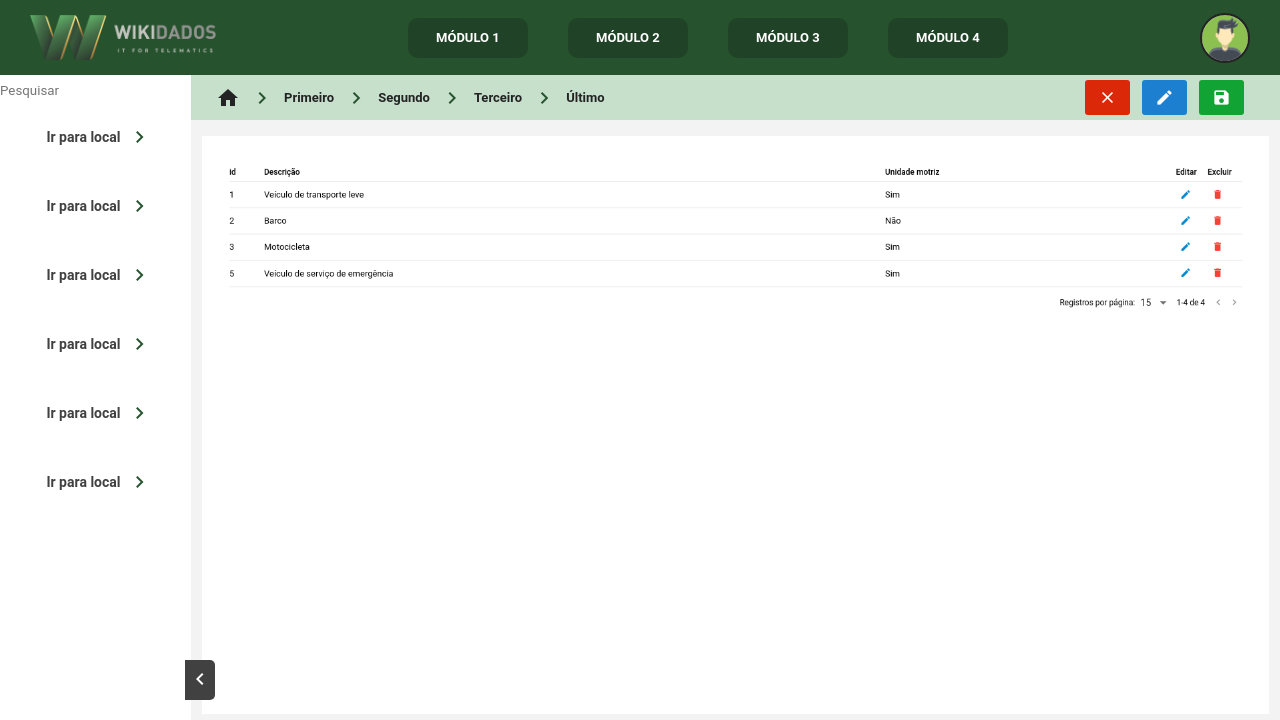
Repository: AlexDjon/alexdjon.github.io
Page: wiki-relayout/index.html
An editor plug-in stored every save of this project. The page is shown before and after the next save, followed by the edit.
The browser window is 1280 px wide. The pictures show the whole page.
Some web fonts or font styles are not loaded; a fallback is used.

Above is the page before, as saved 2020-08-12 17:22:10.

After the next save:
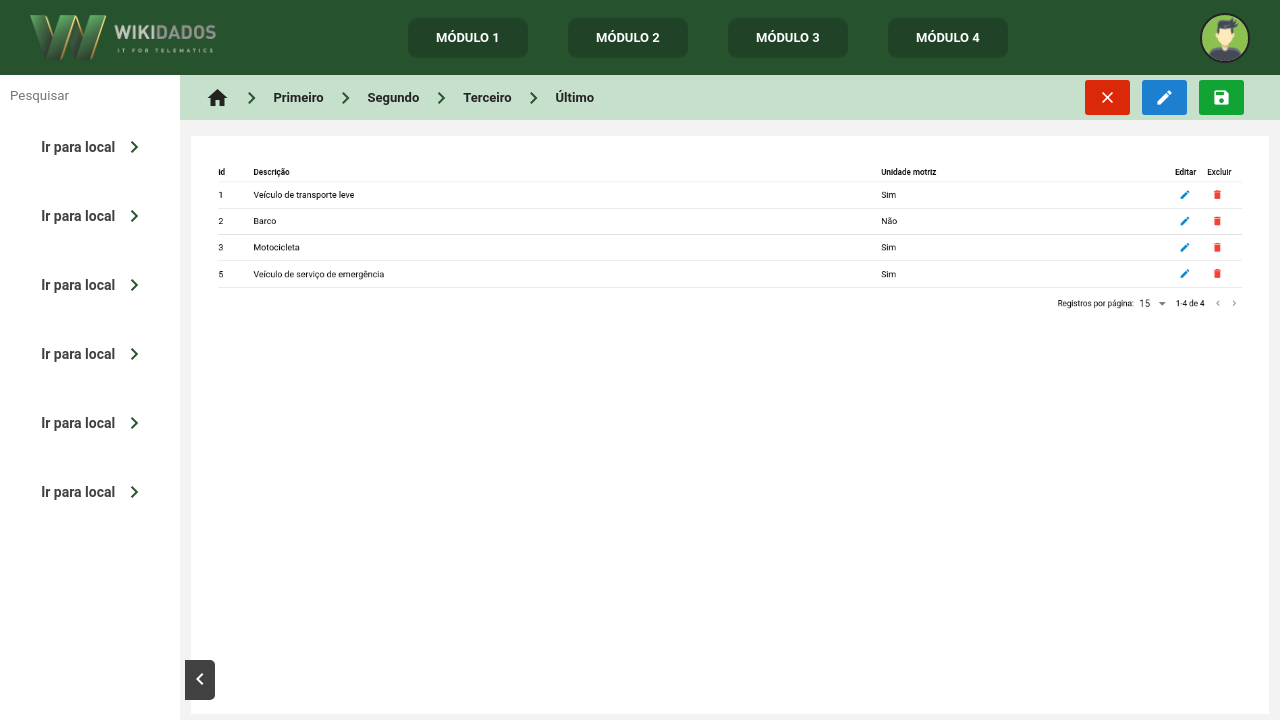
Saved 30 s later.
--- a/wiki-relayout/css/styles.css
+++ b/wiki-relayout/css/styles.css
@@ -171,7 +171,10 @@ body {
 }
 .navbar .search {
   width: 100%;
-  margin: 5px 0;
+  padding: 10px;
+}
+.navbar .search input {
+  width: 100%;
 }
 
 /* CONTEUDO */
